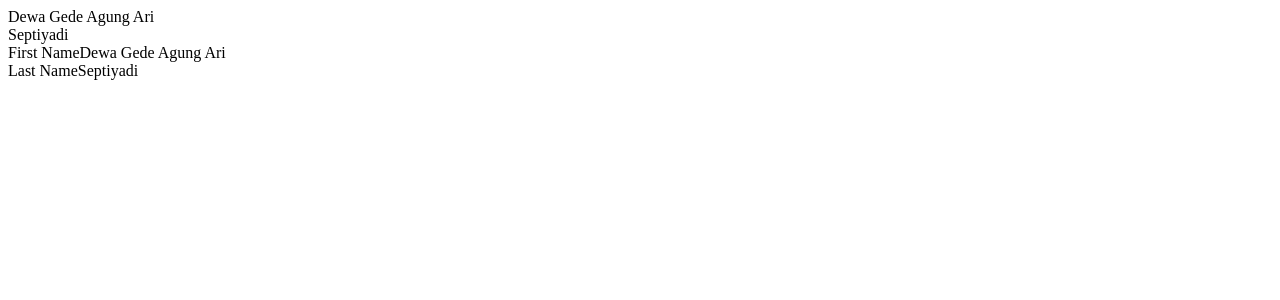
Repository: dewaary/JavaScript-Fundamentals
Page: index.html
An editor plug-in stored every save of this project. The page is shown before and after the next save, followed by the edit.
The browser window is 1280 px wide. The pictures show the whole page.

Above is the page before, as saved 2021-06-18 23:28:34.

After the next save:
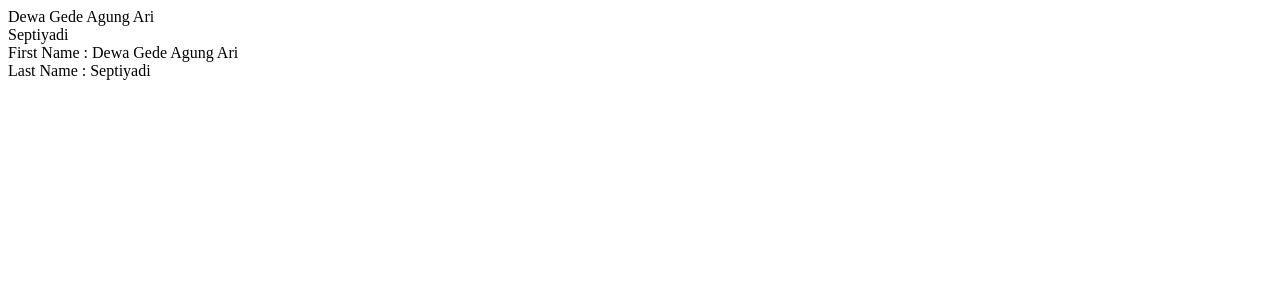
Saved 29 s later.
--- a/scripts/type-data-string.js
+++ b/scripts/type-data-string.js
@@ -6,6 +6,6 @@
 document.writeln("<br>")
 
 /* String Sum */
-document.writeln("First Name" + "Dewa Gede Agung Ari");
+document.writeln("First Name : " + "Dewa Gede Agung Ari");
 document.writeln("<br>");
-document.writeln("Last Name" + "Septiyadi");
+document.writeln("Last Name : " + "Septiyadi");
